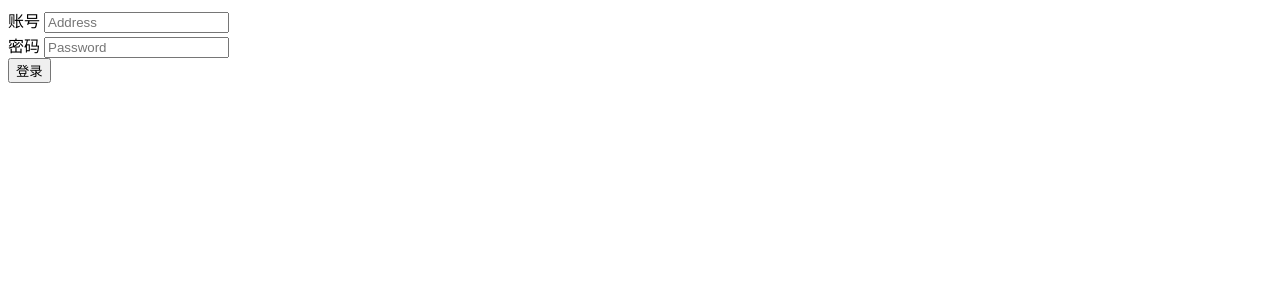
Repository: Jiege005/mytest-software-project
Page: mytest/WebContent/mod1.1.html
These files come from the project's save history. The page is drawn as it stood at one moment and after the next save; the edit follows.
The browser window is 1280 px wide. The pictures show the whole page.

Above is the page before, as saved 2025-06-18 00:41:52.

After the next save:
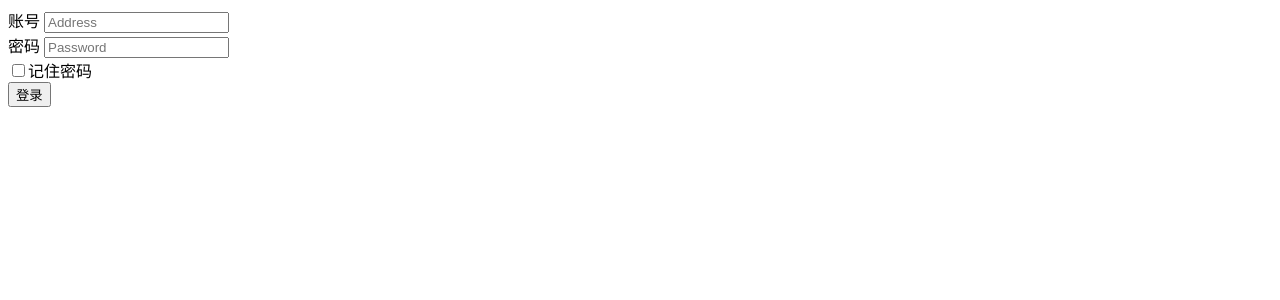
Saved 4 min 10 s later.
--- a/mytest/WebContent/mod1.1.html
+++ b/mytest/WebContent/mod1.1.html
@@ -14,6 +14,7 @@
 		    <label for="exampleInputPassword1">密码</label>
 		    <input type="password" class="form-control" id="exampleInputPassword1" placeholder="Password">
 		  </div>
+		  <input type="checkbox" name="remember">记住密码<br>
 		  <button type="submit" class="btn btn-default">登录</button>
 		</form>
 	</body>
